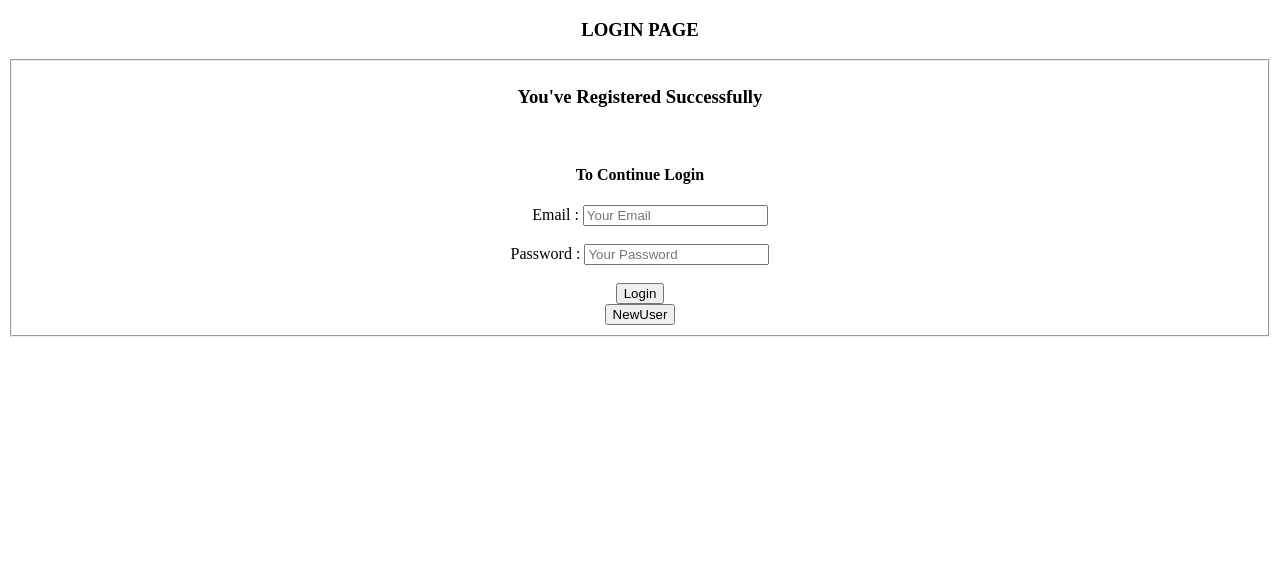
Repository: msibgathulla9980/Servlet
Page: ServletJdbcApp/WebContent/login.html
The author's editor kept a copy of each file at every save. The page is drawn from the files as they stood at one save, then again after the next save.
The browser window is 1280 px wide. The pictures show the whole page.

Above is the page before, as saved 2019-01-24 05:57:00.

### ServletJdbcApp/WebContent/login.html
<!DOCTYPE html>
<html>
<head>
<h3><b><center>LOGIN PAGE</b></center></h3>
<meta charset="UTF-8">
<title>Bridge Labz Login</title>
</head>
<body>
<fieldset>
<center>
<h3>You've Registered Successfully</h3><br>
<h4>To Continue Login</h4>
<form action="login" method="post">
&nbsp;&nbsp;&nbsp;&nbsp;&nbsp;Email :
<input type="email" name="email" placeholder="Your Email" required/><br><br>
Password :
<input type="password" name="password" placeholder="Your Password"  pattern="(?=.*\d)(?=.*[a-z])(?=.*[A-Z]).{8,}" title="Must contain at least one number
and one uppercase and lowercase letter, and at least 8 or more characters" required><br><br>
 <a href=Welcome.html><input type="submit" value="Login"/></a>
</form>
<a href=Registration.html><input type="submit" value="NewUser" /></a>
</center>
</fieldset>
</body>
</html>

After the next save:
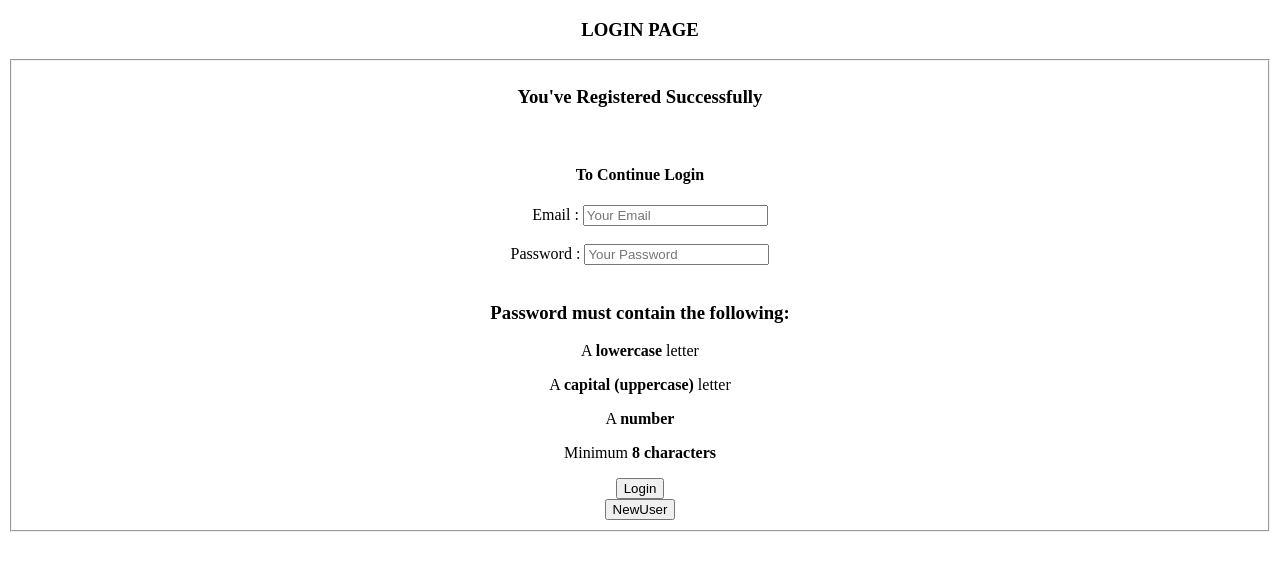
Saved 16 s later.
--- a/ServletJdbcApp/WebContent/login.html
+++ b/ServletJdbcApp/WebContent/login.html
@@ -16,6 +16,13 @@
 Password :
 <input type="password" name="password" placeholder="Your Password"  pattern="(?=.*\d)(?=.*[a-z])(?=.*[A-Z]).{8,}" title="Must contain at least one number
 and one uppercase and lowercase letter, and at least 8 or more characters" required><br><br>
+<div id="message">
+  <h3>Password must contain the following:</h3>
+  <p id="letter" class="invalid">A <b>lowercase</b> letter</p>
+  <p id="capital" class="invalid">A <b>capital (uppercase)</b> letter</p>
+  <p id="number" class="invalid">A <b>number</b></p>
+  <p id="length" class="invalid">Minimum <b>8 characters</b></p>
+</div>
  <a href=Welcome.html><input type="submit" value="Login"/></a>
 </form>
 <a href=Registration.html><input type="submit" value="NewUser" /></a>
